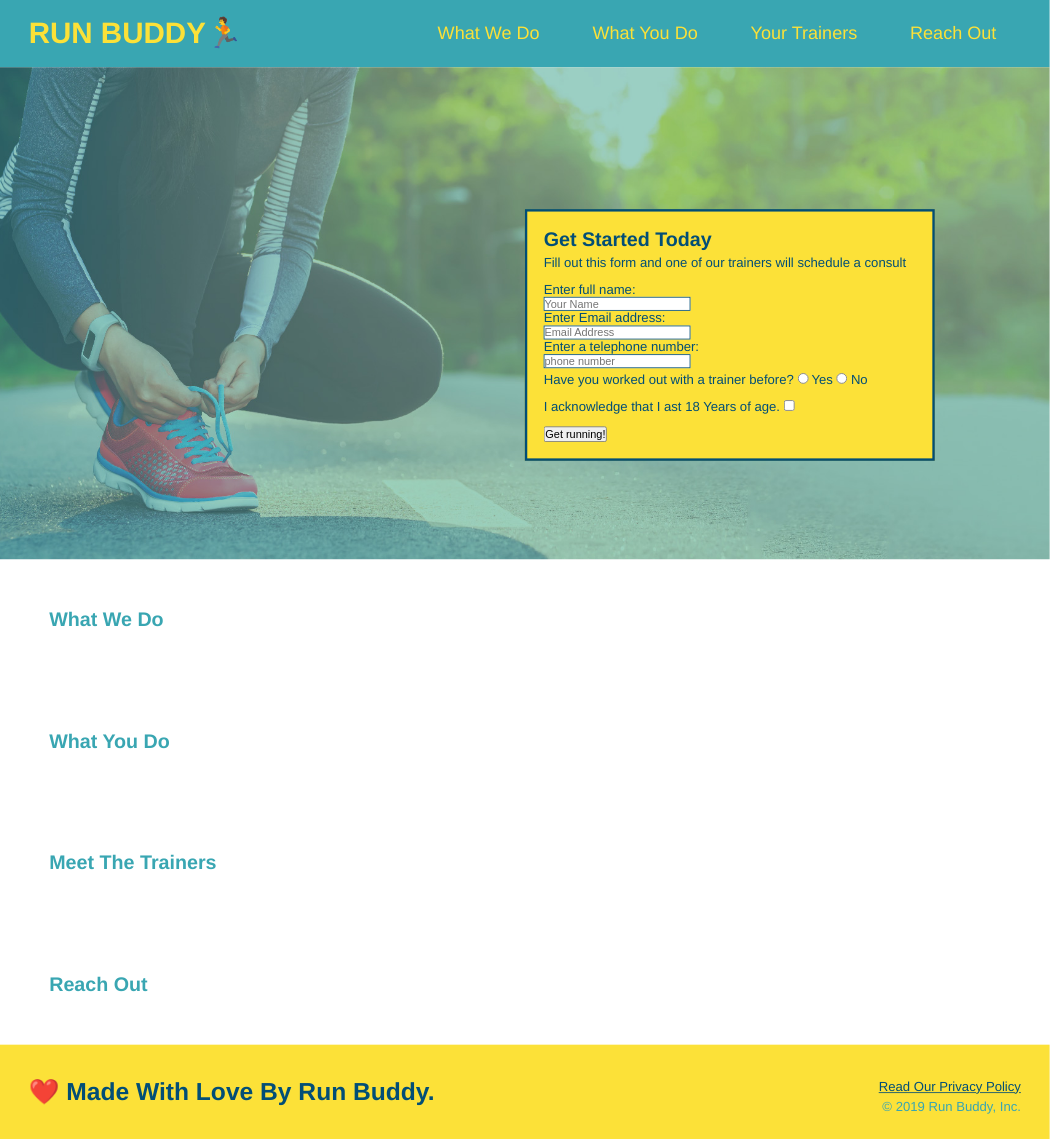
Repository: pilar122/run-buddy
Page: index.html
These files come from the project's save history. The page is drawn as it stood at one moment and after the next save; the edit follows.
The browser window is 1280 px wide. The pictures show the whole page, at 82% of full size.

Above is the page before, as saved 2023-01-21 14:59:15.

### index.html
<!DOCTYPE html>
<html lang="en">
    <head>
        <meta charset="UTF-8"/>
        <title>Run Buddy</title>
        <link rel="stylesheet" href="./assets/css/style.css" />
    </head>
    <body>
        <!-- navigation -->
        <header>
            <h1>
                <a href="/"> RUN BUDDY🏃</a>
            </h1>
            <nav>
                <ul><!--Unordered list element-->
                    <li> <!--List item element-->
                        <a href="#what-we-do">What We Do</a> <!--Anchor Element-->
                    </li>
                    <li>
                        <a href="#what-you-do">What You Do</a>
                    </li>
                    <li>
                        <a href="#your-trainers">Your Trainers</a>
                    </li>
                    <li>
                        <a href="#reach-out">Reach Out</a>
                    </li>
                </ul>
            </nav>
        </header>

        <!--hero/jumbotron-->
        <section class="hero">
            <div class="hero-form">
                <h3>Get Started Today</h3>
                <p>Fill out this form and one of our trainers will schedule a consult</p>
                <!--form element-->
                <form>
                    <!--form input-->
                    <label for="name">Enter full name:</label>
                    <input type="text" placeholder="Your Name" name="name" id="name" class="form-input" />

                    <label for="email">Enter Email address:</label>
                    <input type="email" placeholder="Email Address" name="email" id="email" class="form-input" />

                    <label for="phone">Enter a telephone number:</label>
                    <input type="tel" placeholder="phone number" name="phone" id="phone" class="form-input" />
                    <!--button for selection-->
                    <p>
                        Have you worked out with a trainer before?
                        <input type="radio" name="trainer-confirm" id="trainer-yes"/>
                        <label for="trainer-yes">Yes</label>
                        <input type="radio" name="trainer-confirm" id="trainer-no"/>
                        <label for="trainer-no">No</label>
                    </p>
                    <p>
                        <label for="checkbox">
                        I acknowledge that I ast 18 Years of age.
                        </label>
                        <input type="checkbox" name="age-confirm" id="checkbox"/>
                    </p>
                    <!--the submit button-->
                    <button type="submit">
                        Get running!
                    </button>
                </form>
            </div>
        </section>
        <!--end hero-->

        <!--"what we do" section-->
        <section>
            <h2>What We Do</h2>
        </section>

        <!--"What You Do" section-->
        <section>
            <h2>What You Do</h2>
        </section>

        <!--"Meet The Trainers" section-->
        <section>
            <h2>Meet The Trainers</h2>
        </section>

        <!--"Reach Out" section-->
        <section>
            <h2>Reach Out</h2>
        </section>

        <!--Footer-->
        <footer>
            <h2>❤️ Made With Love By Run Buddy.</h2>
            <div>
                <a href="#">Read Our Privacy Policy</a><br />
                &copy; 2019 Run Buddy, Inc.
            </div>
        </footer>
    </body>
</html>

### assets/css/style.css
/*This is to remove the default browser enforced styled*/
* {
    margin: 0;
    padding: 0;
    box-sizing: border-box;
}

body {
    /*This changes the elements in the body*/
    color: #39a6b2;
    font-family: Helvetica, Arial, sans-serif;
}

/*Applying style to the header*/
header {
    padding: 20px 35px;
    background-color: #39a6b2;
}

header h1 {
    font-weight: bold;
    font-size: 36px;
    color: #fce138;
    margin: 0;
    display: inline; /*This moved the nav on the right hand side up*/
}

header a {
    text-decoration: none;
    color: #fce138;
}

header nav {
    float: right;
    margin: 7px 0;
}

header nav ul li {
    display: inline; /*horizontally in a row*/
}

header nav ul li a {
    margin: 0 30px;
    font-weight: lighter;
    font-size: 22px;
}

footer {
    background: #fce138;
    width: 100%;
    padding: 40px 35px;
}

footer h2 {
    display: inline;
    color: #024e76;
    font-size: 30px;
    margin: 0;
}

footer div {
    float: right;
    line-height: 1.5;
    text-align: right;
}

footer a {
    color: #024e76;
}

section {
    padding: 60px;
}
/*Hero style start*/
.hero {
    background-image: url("../images/hero-bg.jpeg");
    height: 600px;
    background-size: cover;
    background-position: center;
    position: relative;
}
/*hero style end*/

.hero-form {
    border: 3px solid #024e76;
    background-color: #fce138;
    padding: 20px;
    width: 500px;
    color: #024e76;
    position: absolute;
    bottom: 120px;
    right: 140px;
}

.hero-form h3 {
    font-size: 24px;
    margin: 0;
}

.hero-form p {
    margin: 5px 0 15px 0;
}

.form-input {
    border: 1px solid #024e76;
    display: block;
    padding: 7;
}

After the next save:
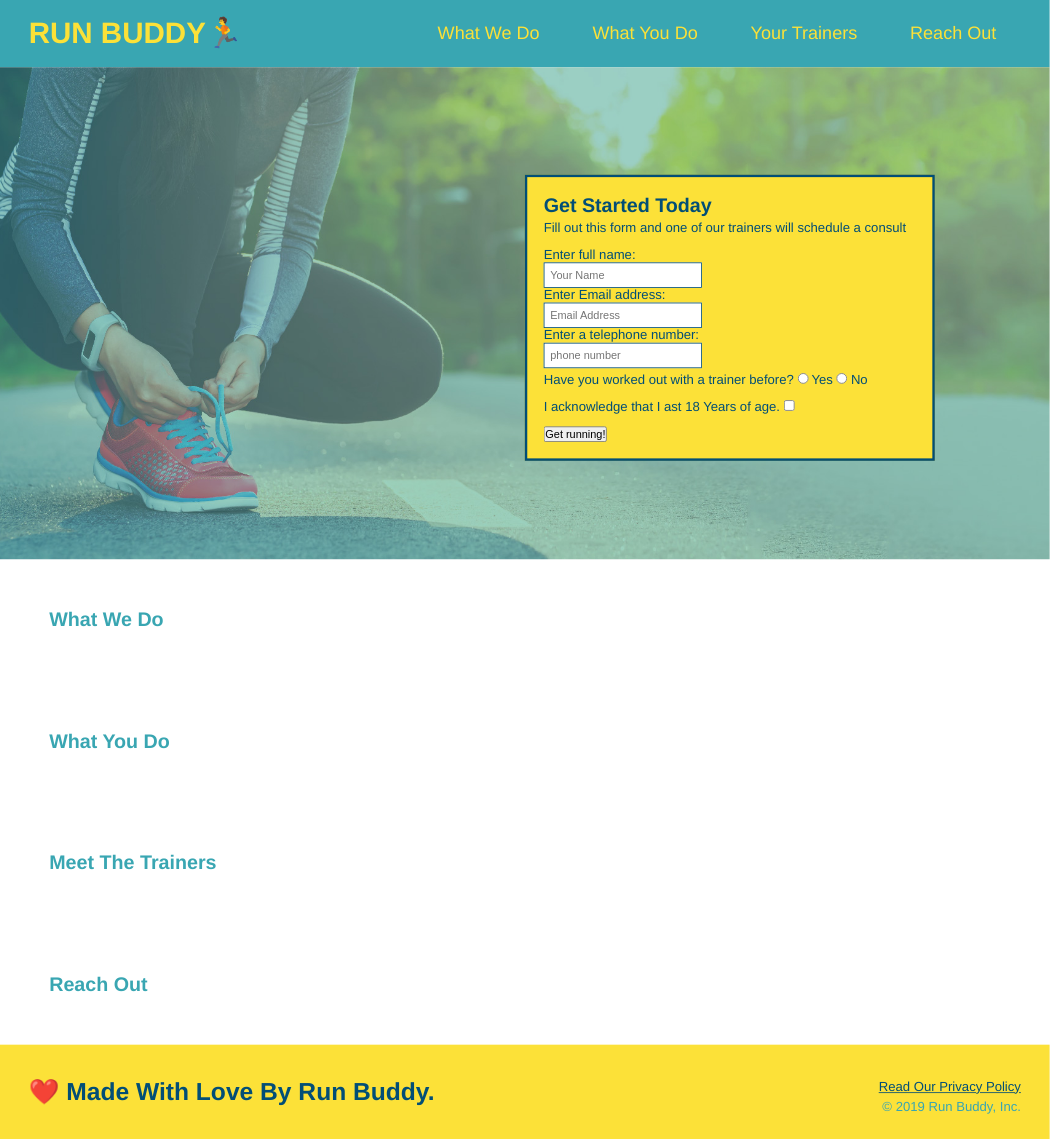
Saved 4 s later.
--- a/assets/css/style.css
+++ b/assets/css/style.css
@@ -104,5 +104,5 @@ section {
 .form-input {
     border: 1px solid #024e76;
     display: block;
-    padding: 7;
+    padding: 7px;
 }
